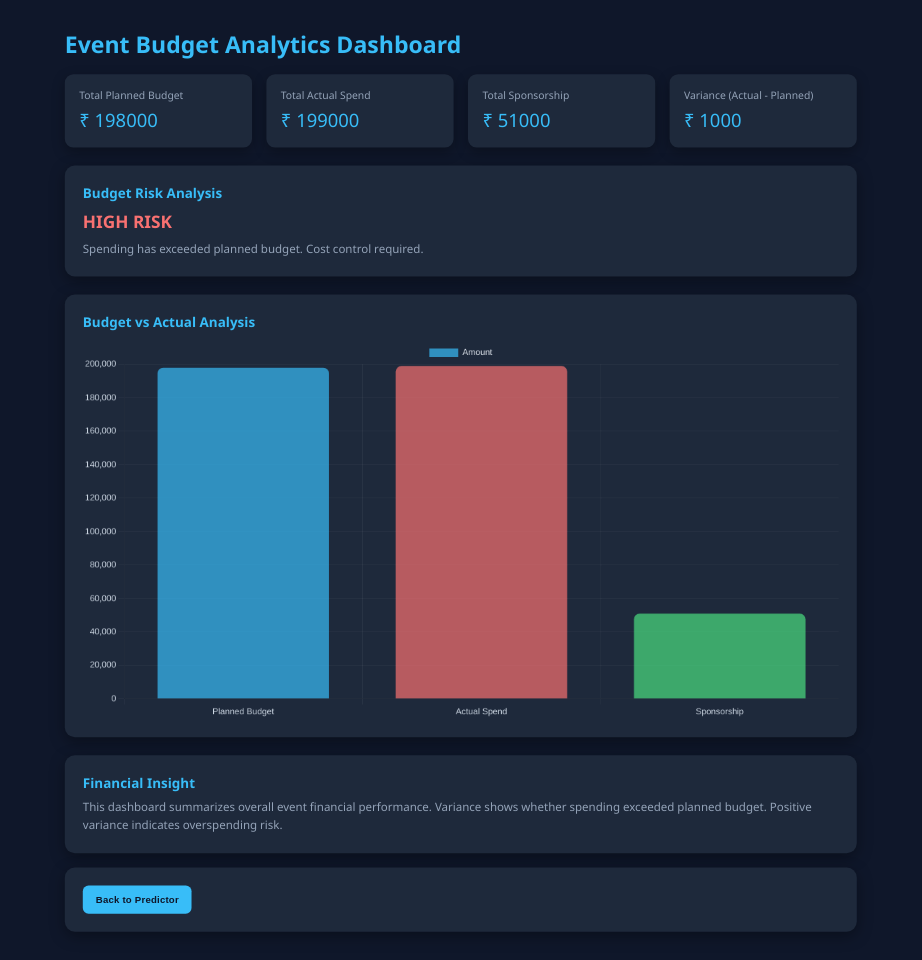
Repository: PratapOP/event-budget-analytics
Page: http://localhost/dashboard
These files come from the project's save history. The page is drawn as it stood at one moment and after the next save; the edit follows.
The browser window is 1280 px wide. The pictures show the whole page, at 72% of full size.
The page is served by the project's application, run on Flask 3 (app.py).

Above is the page before, as saved 2026-02-21 03:51:09.

After the next save:
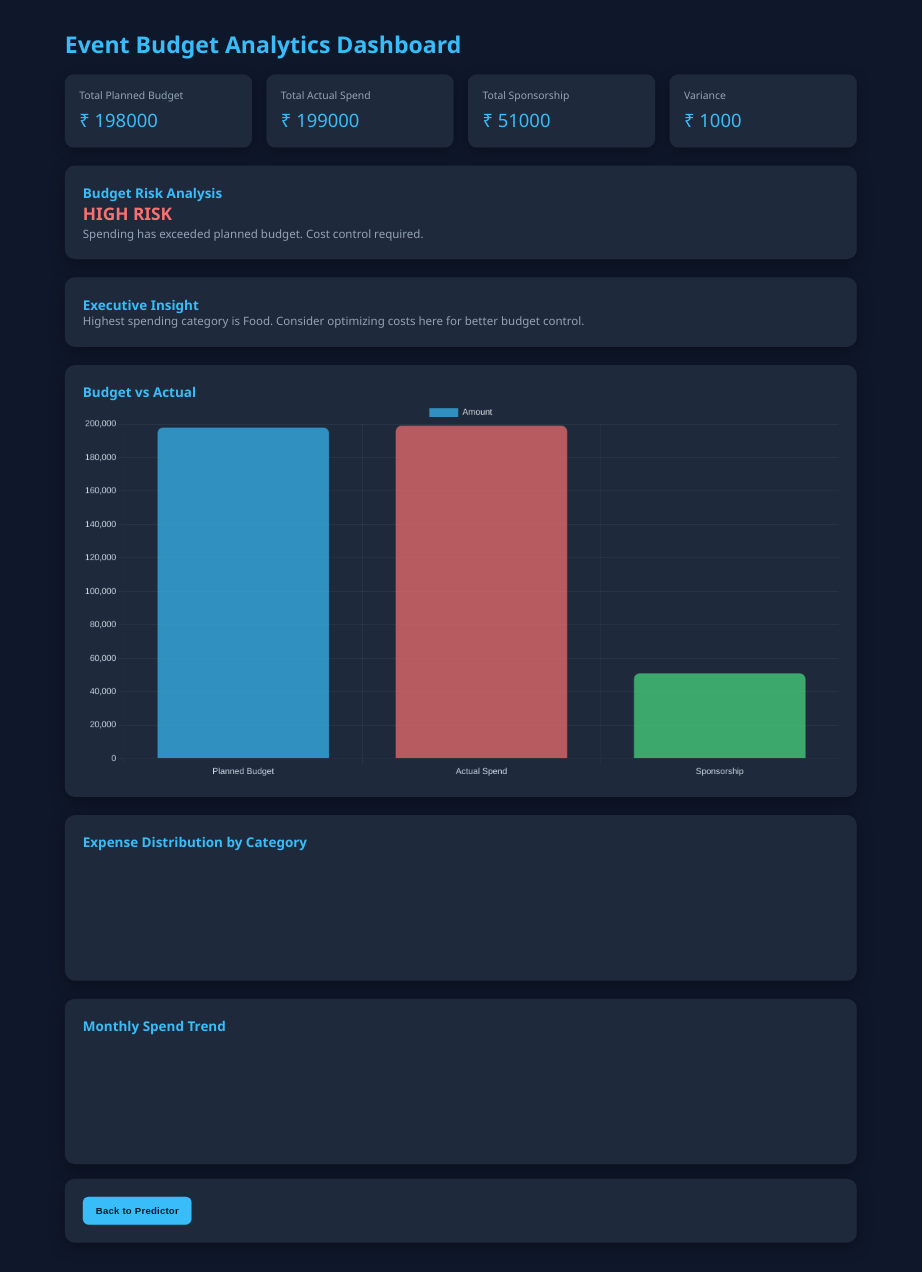
Saved 16 min 47 s later.
--- a/templates/dashboard.html
+++ b/templates/dashboard.html
@@ -30,67 +30,58 @@
         </div>
 
         <div class="kpi-card">
-            <div class="kpi-title">Variance (Actual - Planned)</div>
+            <div class="kpi-title">Variance</div>
             <div class="kpi-value">₹ {{ variance }}</div>
         </div>
 
     </div>
 
-    <!-- RISK ANALYSIS PANEL -->
+    <!-- RISK PANEL -->
     <div class="card" style="margin-top:25px;">
-
-        <h3 style="color:#38bdf8; margin-bottom:10px;">
-            Budget Risk Analysis
-        </h3>
-
-        <h2 style="color: {{ risk_color }};">
-            {{ risk_status }}
-        </h2>
-
-        <p style="color:#94a3b8; margin-top:10px; line-height:1.6;">
-            {{ insight }}
-        </p>
-
+        <h3 style="color:#38bdf8;">Budget Risk Analysis</h3>
+        <h2 style="color: {{ risk_color }};">{{ risk_status }}</h2>
+        <p style="color:#94a3b8;">{{ insight }}</p>
     </div>
 
-    <!-- CHART SECTION -->
+    <!-- EXECUTIVE INSIGHT -->
     <div class="card" style="margin-top:25px;">
-
-        <h3 style="color:#38bdf8; margin-bottom:15px;">
-            Budget vs Actual Analysis
-        </h3>
-
-        <canvas id="budgetChart"></canvas>
-
+        <h3 style="color:#38bdf8;">Executive Insight</h3>
+        <p style="color:#94a3b8;">{{ executive_insight }}</p>
     </div>
 
-    <!-- INSIGHT CARD -->
+    <!-- BAR CHART -->
     <div class="card" style="margin-top:25px;">
-
-        <h3 style="color:#38bdf8;margin-bottom:10px;">
-            Financial Insight
-        </h3>
-
-        <p style="color:#94a3b8; line-height:1.6;">
-            This dashboard summarizes overall event financial performance.
-            Variance shows whether spending exceeded planned budget.
-            Positive variance indicates overspending risk.
-        </p>
-
+        <h3 style="color:#38bdf8;">Budget vs Actual</h3>
+        <canvas id="budgetChart"></canvas>
     </div>
 
-    <!-- BACK BUTTON -->
+    <!-- PIE CHART -->
+    <div class="card" style="margin-top:25px;">
+        <h3 style="color:#38bdf8;">Expense Distribution by Category</h3>
+        <canvas id="categoryChart"></canvas>
+    </div>
+
+    <!-- TREND CHART -->
+    <div class="card" style="margin-top:25px;">
+        <h3 style="color:#38bdf8;">Monthly Spend Trend</h3>
+        <canvas id="trendChart"></canvas>
+    </div>
+
     <div class="card">
-        <a href="/">
-            <button>Back to Predictor</button>
-        </a>
+        <a href="/"><button>Back to Predictor</button></a>
     </div>
 
 </div>
 
-<!-- CHART JS -->
 <script src="https://cdn.jsdelivr.net/npm/chart.js"></script>
 <script src="{{ url_for('static', filename='js/dashboard.js') }}"></script>
 
+<script>
+const categoryLabels = {{ category_labels | tojson }};
+const categoryValues = {{ category_values | tojson }};
+const monthLabels = {{ month_labels | tojson }};
+const monthValues = {{ month_values | tojson }};
+</script>
+
 </body>
 </html>
